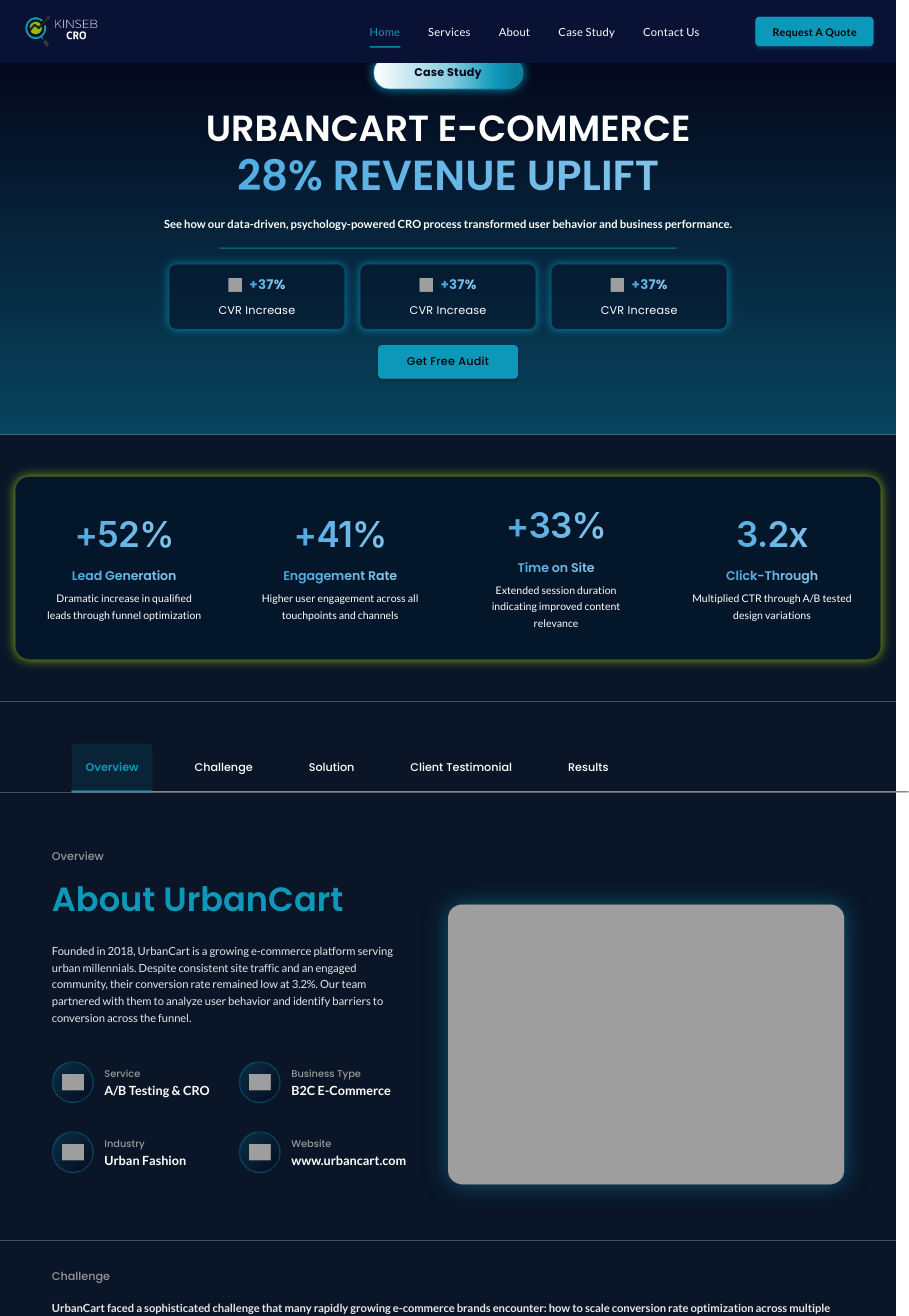
Repository: YahyaK01/kinseb
Page: /case-study/e-commerce-revenue-uplift-through-testing
These files come from the project's save history. The page is drawn as it stood at one moment and after the next save; the edit follows.
The browser window is 1280 px wide. The page is 1298 px wide, so the pictures cover 1298 px, including what lies to the right of the window. The pictures show the part of the page from y = 0 to 1880 px (the page is 8242 px tall before and 8262 px after), at 70% of full size.
Pictures or frames that could not be fetched are drawn as grey boxes. The project was rebuilt for these pictures with package versions that can differ from the ones it lists, and the page was loaded fresh each time. Also part of the build but not shown: src/components/FAQ.js, src/components/CTA.jsx, src/components/MetricsSection.jsx, src/components/WhyCROMatter.jsx, src/components/Processsection.jsx, src/components/Hero.jsx, src/components/marquee.jsx, src/components/CEO.jsx and 27 more.

Above is the page before, as saved 2025-12-12 23:07:37.

After the next save:
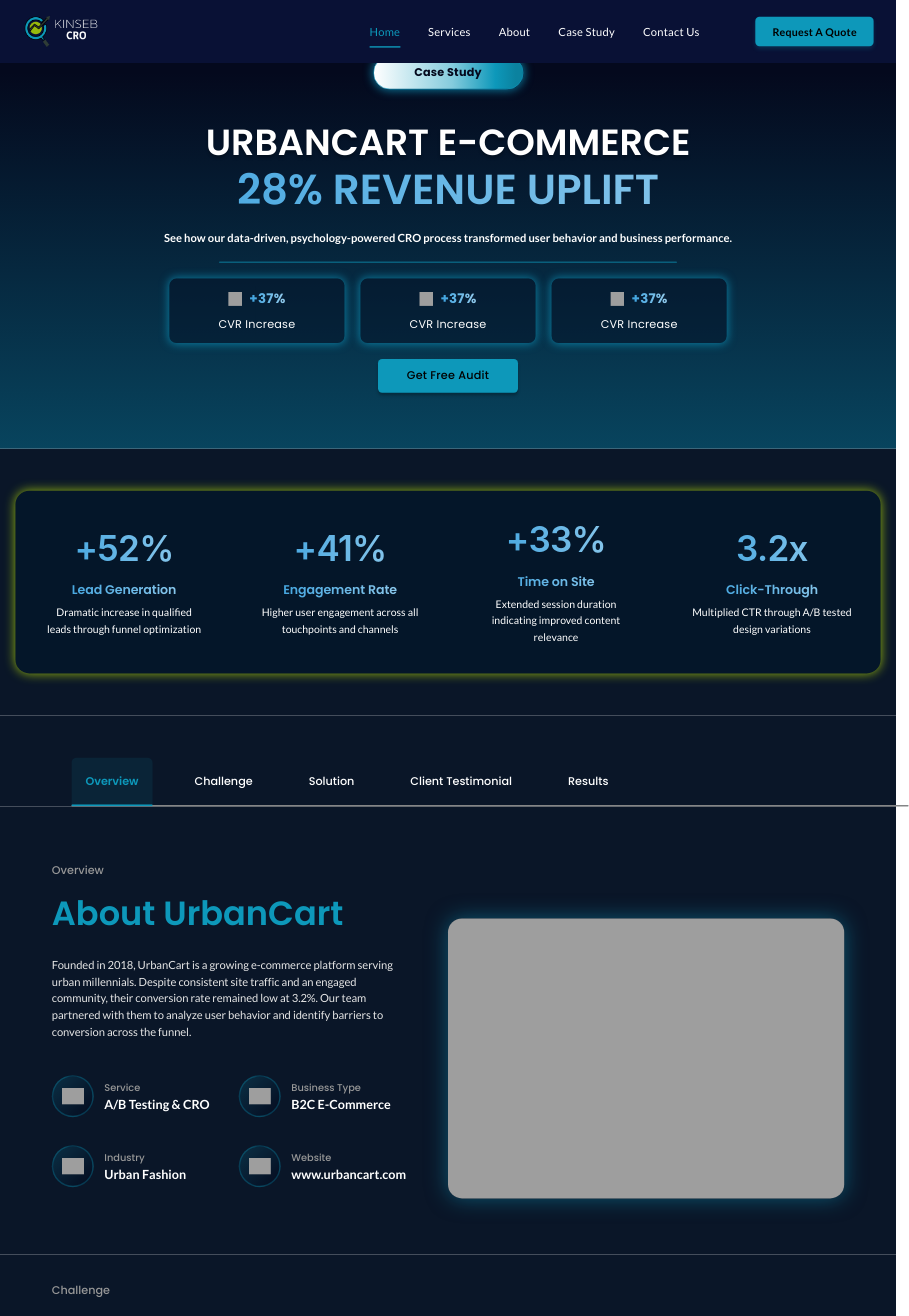
Saved 4 min 15 s later.
--- a/src/components/CaseStudyHero.jsx
+++ b/src/components/CaseStudyHero.jsx
@@ -9,7 +9,8 @@
   const heroData = {
     'personalization-engine-transforms-user-experience': {
       category: 'Case Study',
-      title: 'PERSONALIZATION ENGINE TRANSFORMS USER EXPERIENCE',
+      titleLine1: 'PERSONALIZATION ENGINE TRANSFORMS',
+      titleLine2: 'USER EXPERIENCE',
       titleHighlight: '37% CONVERSION RATE',
       subtitle: 'See how our data-driven, psychology-powered CRO process transformed user behavior and business performance.',
       metrics: [
@@ -20,7 +21,8 @@
     },
     'e-commerce-revenue-uplift-through-testing': {
       category: 'Case Study',
-      title: 'URBANCART E-COMMERCE',
+      titleLine1: 'URBANCART E-COMMERCE',
+      titleLine2: '',
       titleHighlight: '28% REVENUE UPLIFT',
       subtitle: 'See how our data-driven, psychology-powered CRO process transformed user behavior and business performance.',
       metrics: [
@@ -31,7 +33,8 @@
     },
     'saas-lead-generation-conversion-breakthrough': {
       category: 'Case Study',
-      title: 'SAAS LEAD GENERATION',
+      titleLine1: 'SAAS LEAD GENERATION',
+      titleLine2: '',
       titleHighlight: '3X CONVERSION BREAKTHROUGH',
       subtitle: 'See how our data-driven, psychology-powered CRO process transformed user behavior and business performance.',
       metrics: [
@@ -42,7 +45,8 @@
     },
     'fashion-retailer-cart-abandonment-solution': {
       category: 'Case Study',
-      title: 'FASHION RETAILER',
+      titleLine1: 'FASHION RETAILER',
+      titleLine2: '',
       titleHighlight: 'CART ABANDONMENT SOLUTION',
       subtitle: 'See how our data-driven, psychology-powered CRO process transformed user behavior and business performance.',
       metrics: [
@@ -53,7 +57,8 @@
     },
     'mobile-app-engagement-revolution': {
       category: 'Case Study',
-      title: 'MOBILE APP',
+      titleLine1: 'MOBILE APP',
+      titleLine2: '',
       titleHighlight: 'ENGAGEMENT REVOLUTION',
       subtitle: 'See how our data-driven, psychology-powered CRO process transformed user behavior and business performance.',
       metrics: [
@@ -64,7 +69,8 @@
     },
     'enterprise-pipeline-growth-strategy': {
       category: 'Case Study',
-      title: 'ENTERPRISE PIPELINE',
+      titleLine1: 'ENTERPRISE PIPELINE',
+      titleLine2: '',
       titleHighlight: '+179% GROWTH STRATEGY',
       subtitle: 'See how our data-driven, psychology-powered CRO process transformed user behavior and business performance.',
       metrics: [
@@ -138,7 +144,7 @@
         transition: 'opacity 0.8s ease-out, transform 0.8s ease-out'
       }}
       >
-        {/* Case Study Badge */}
+        {/* Case Study Badge - Positioned Lower */}
         <div style={{
           boxSizing: 'border-box',
           display: 'flex',
@@ -153,7 +159,8 @@
           borderRadius: '25px',
           cursor: 'default',
           opacity: isLoaded ? 1 : 0,
-          transition: 'opacity 0.8s ease-out 0.2s'
+          transition: 'opacity 0.8s ease-out 0.2s',
+          marginBottom: '20px'
         }}>
           <span style={{
             fontFamily: "'Poppins', sans-serif",
@@ -167,7 +174,7 @@
           </span>
         </div>
 
-        {/* Main Title - Exactly 2 Lines */}
+        {/* Main Title - Three Lines */}
         <div style={{
           width: '100%',
           display: 'flex',
@@ -177,7 +184,7 @@
           opacity: isLoaded ? 1 : 0,
           transition: 'opacity 0.8s ease-out 0.3s'
         }}>
-          {/* Line 1 - White Text */}
+          {/* Line 1 - White Text (3 words) */}
           <h1 style={{
             width: '100%',
             fontFamily: "'Poppins', sans-serif",
@@ -189,14 +196,31 @@
             color: '#FFFFFF',
             textShadow: '0px 4px 4px rgba(0, 0, 0, 0.25)',
             margin: 0,
-            whiteSpace: windowWidth <= 768 ? 'normal' : 'nowrap',
-            overflow: windowWidth <= 768 ? 'visible' : 'hidden',
-            textOverflow: 'clip'
+            whiteSpace: 'nowrap'
           }}>
-            {data.title}
+            {data.titleLine1}
           </h1>
 
-          {/* Line 2 - Gradient Text */}
+          {/* Line 2 - White Text (remaining words) */}
+          {data.titleLine2 && (
+            <h1 style={{
+              width: '100%',
+              fontFamily: "'Poppins', sans-serif",
+              fontWeight: 600,
+              fontSize: windowWidth <= 768 ? '26px' : windowWidth <= 1024 ? '40px' : '52px',
+              lineHeight: windowWidth <= 768 ? '34px' : windowWidth <= 1024 ? '50px' : '65px',
+              textAlign: 'center',
+              textTransform: 'uppercase',
+              color: '#FFFFFF',
+              textShadow: '0px 4px 4px rgba(0, 0, 0, 0.25)',
+              margin: 0,
+              whiteSpace: 'nowrap'
+            }}>
+              {data.titleLine2}
+            </h1>
+          )}
+
+          {/* Line 3 - Gradient Text */}
           <h2 style={{
             width: '100%',
             fontFamily: "'Poppins', sans-serif",
